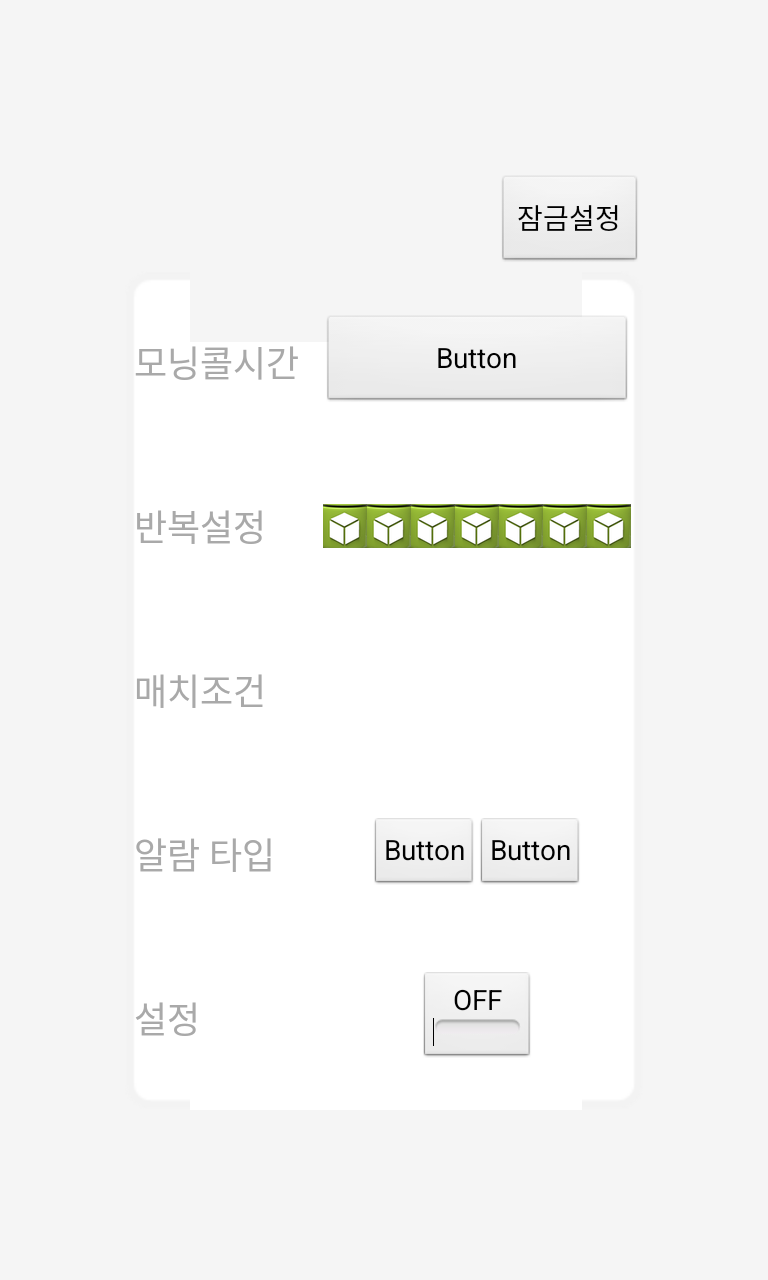
Repository: blacky512/smart_morning_call
Layout: client/SmartMorningCall/res/layout/randomcall_frag.xml
These files come from the project's save history. The layout is drawn as it stood at one moment and after the next save; the edit follows.
It is drawn on a 768 x 1280 px phone screen (xhdpi) without system bars, with theme android:Theme.NoTitleBar; the app's code is not run.

Above is the layout before, as saved 2013-02-19 11:15:55.

After the next save:
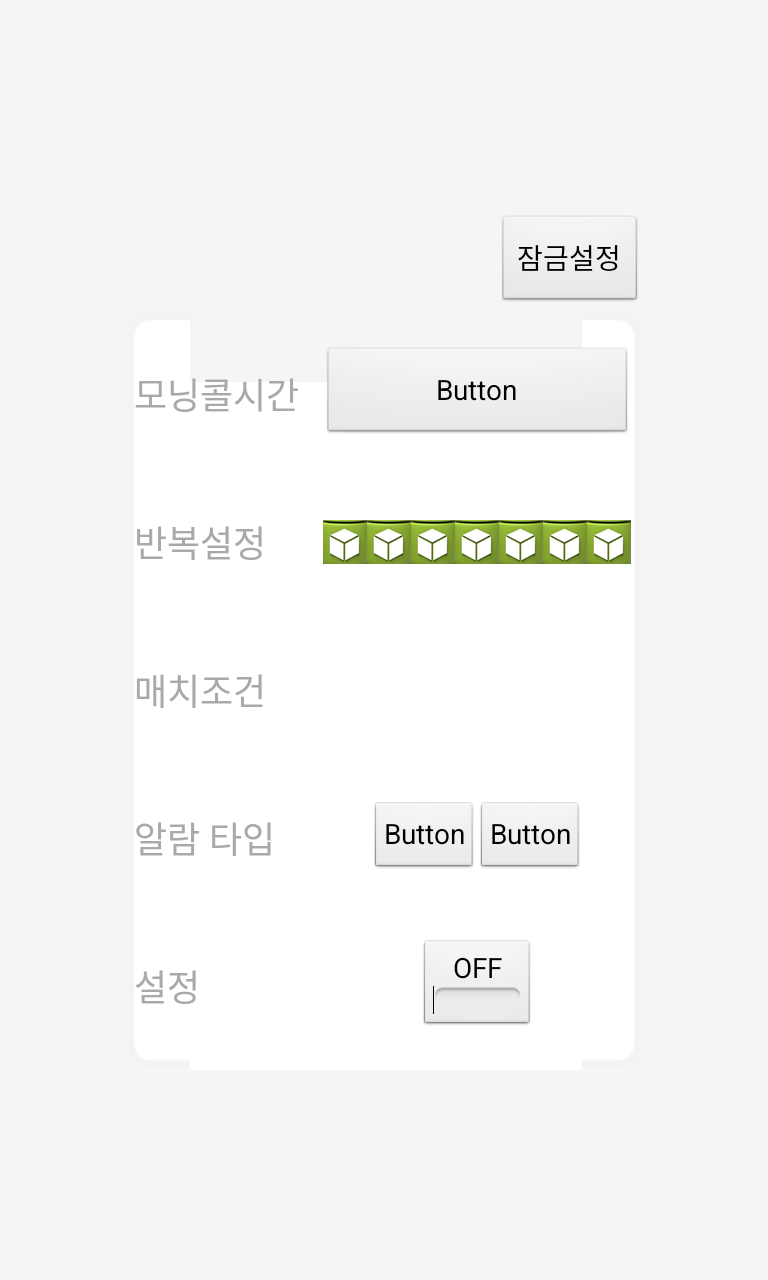
Saved 114 s later.
--- a/client/SmartMorningCall/res/layout/randomcall_frag.xml
+++ b/client/SmartMorningCall/res/layout/randomcall_frag.xml
@@ -30,7 +30,7 @@
         <FrameLayout
             android:id="@+id/rcall_1"
             android:layout_width="260dp"
-            android:layout_height="420dp"
+            android:layout_height="380dp"
             android:background="@drawable/te"
             android:padding="5dp">
 
